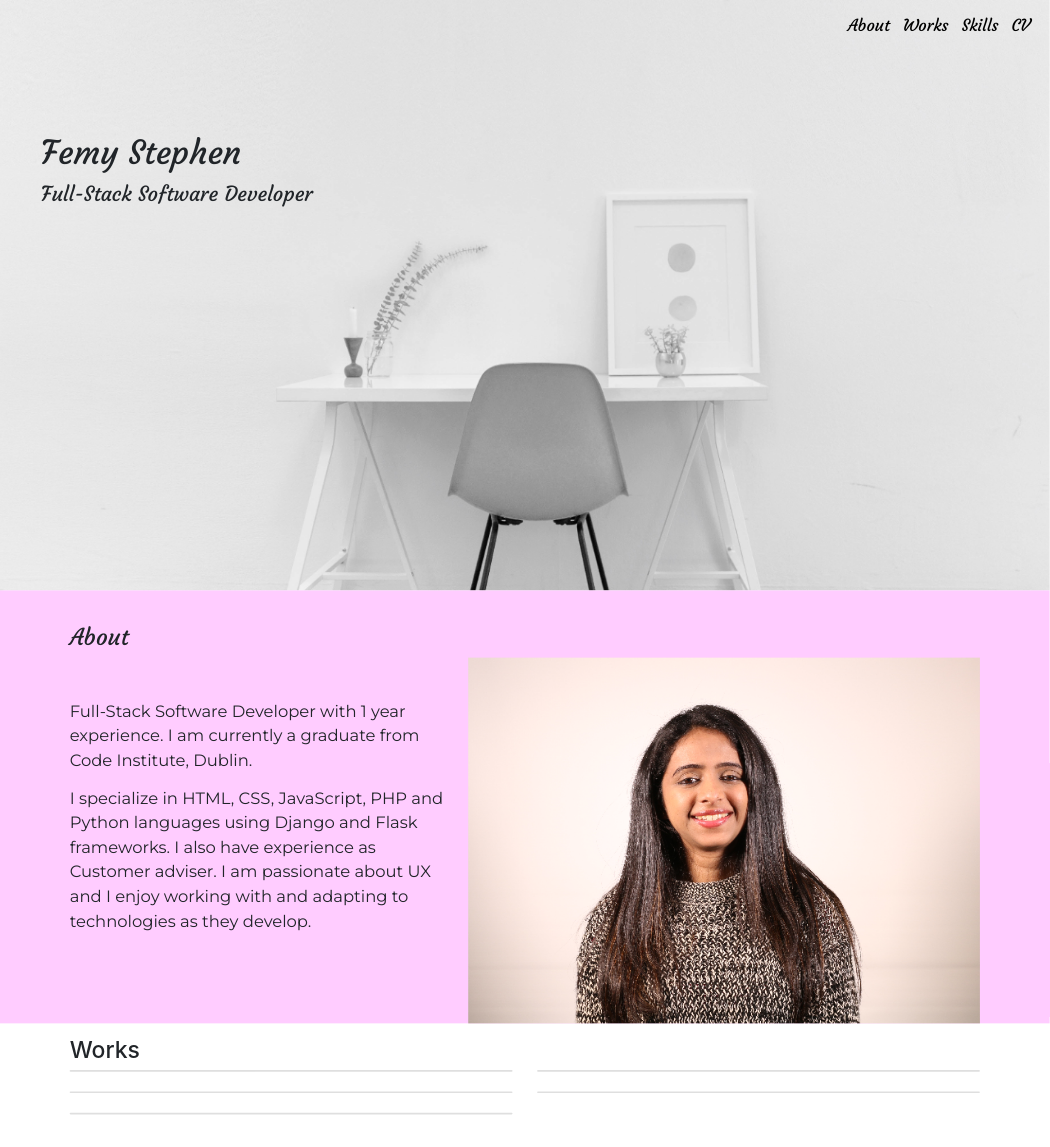
Repository: femy16/FemyStephen
Page: index.html
The author's editor kept a record of every edit. The page is drawn from the files as they stood at one moment, then again after the next edit.
The browser window is 1280 px wide. The pictures show the whole page, at 82% of full size.
Backgrounds fixed to the window are drawn as part of the page. Some web libraries are served in a nearby version.

Above is the page before.
Not found: hover.css

After the next edit:
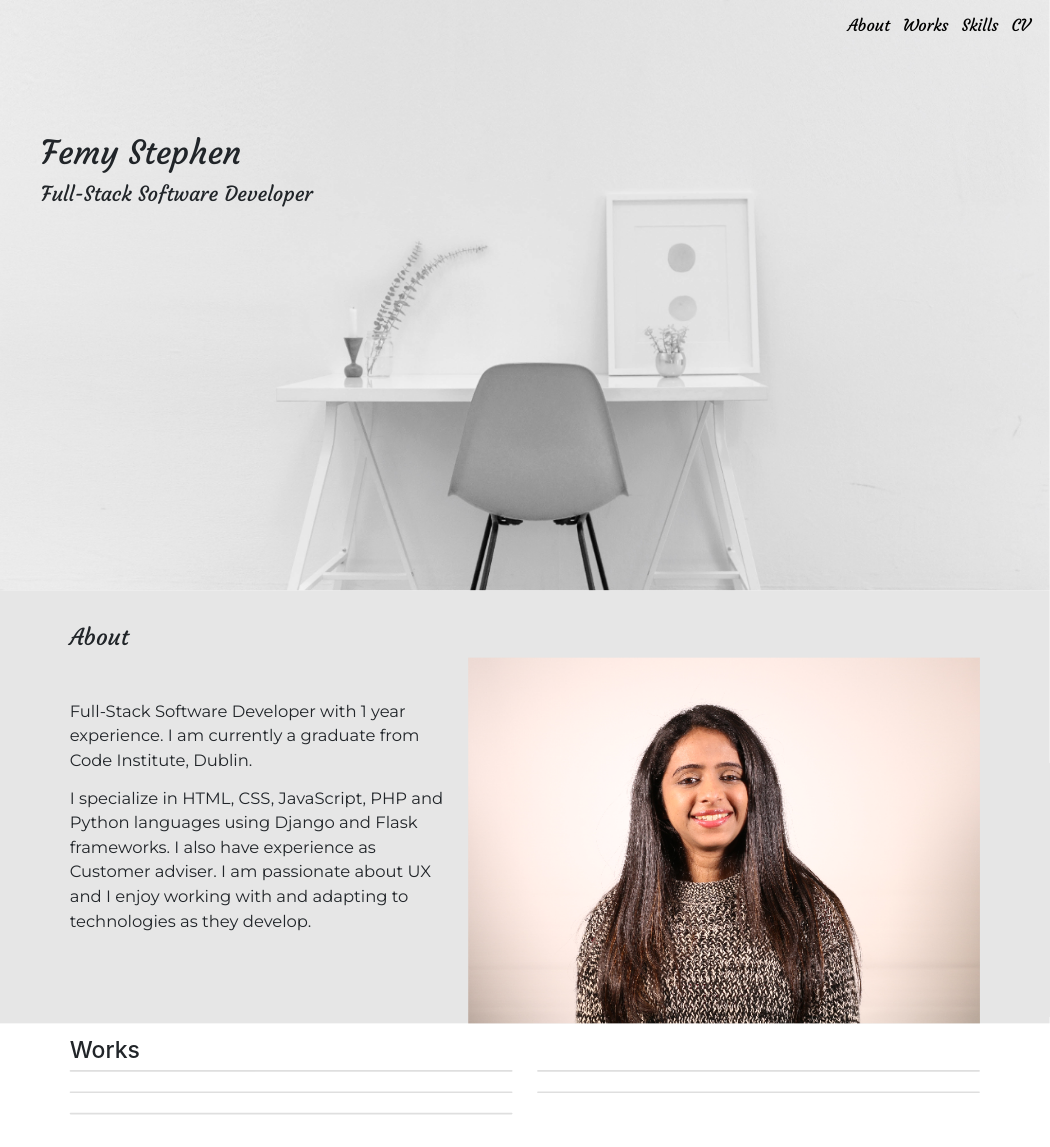
The edit:
--- a/style.css
+++ b/style.css
@@ -63,7 +63,7 @@
     font-size:40px;
 }
 #about{
-    background-color: #ffccff;
+    background-color: #e6e6e6;
 }
 .abouthead{
     padding-top:40px;
